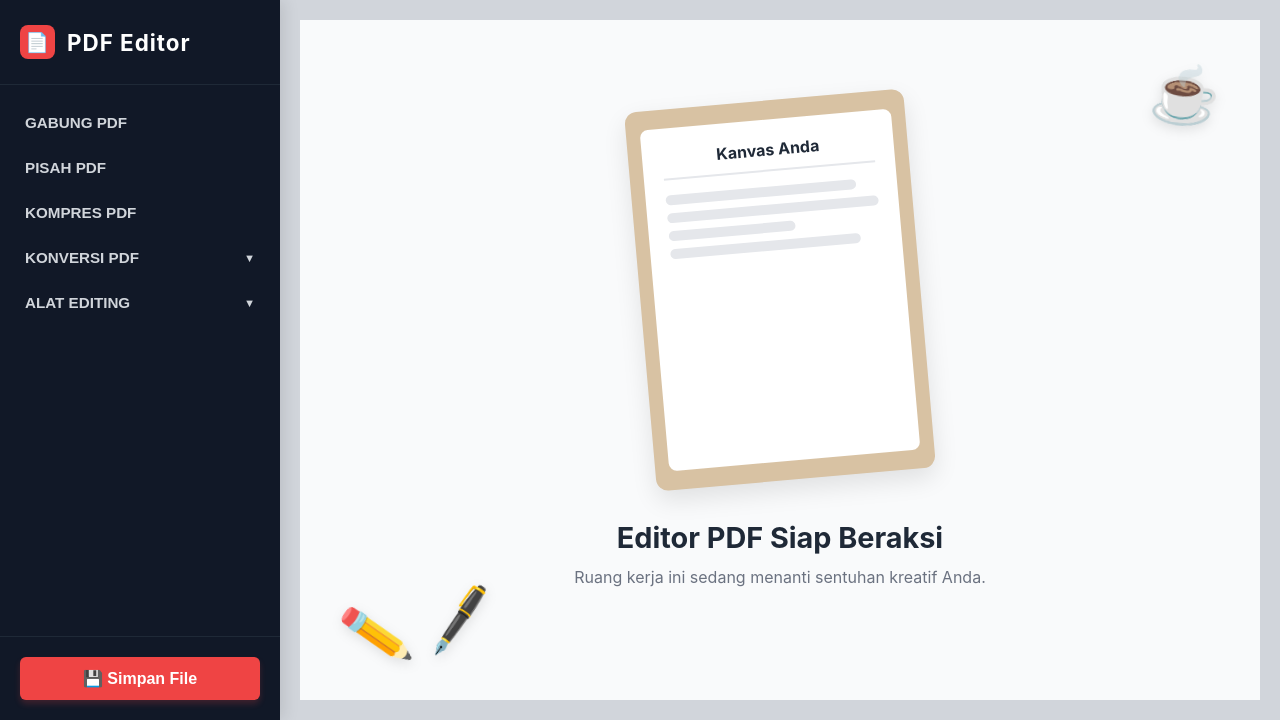
Repository: IkhsanMoekhtar/pdf_editor
Page: /
An editor plug-in stored every save of this project. The page is shown before and after the next save, followed by the edit.
The browser window is 1280 px wide. The pictures show the whole page.
The project was rebuilt for these pictures with package versions that can differ from the ones it lists, and the page was loaded fresh each time. Also part of the build but not shown: vite.config.js.

Above is the page before, as saved 2026-03-18 05:43:35.

After the next save:
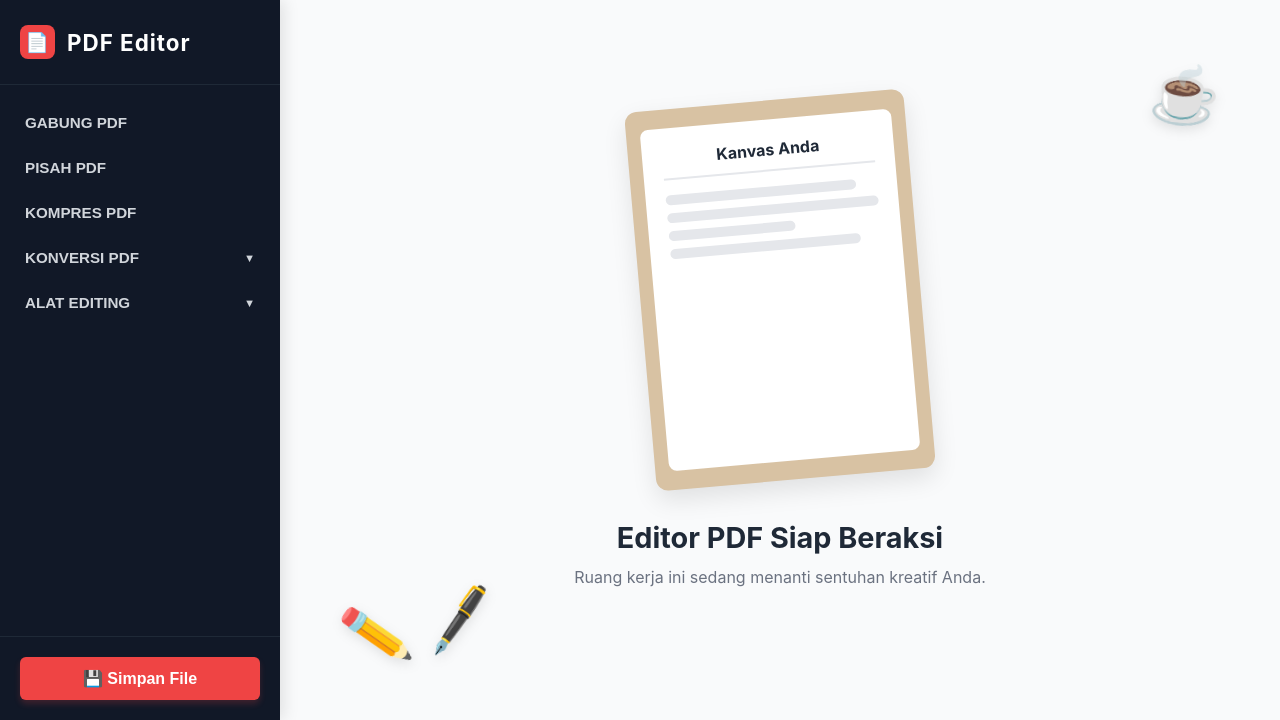
Saved 39 s later.
--- a/src/App.css
+++ b/src/App.css
@@ -172,7 +172,7 @@
 .viewer-container {
   width: 100%;
   height: 100%;
-  background-color: #d1d5db;
+  background-color: #f9fafb;
   display: flex;
   justify-content: center;
   align-items: center;
